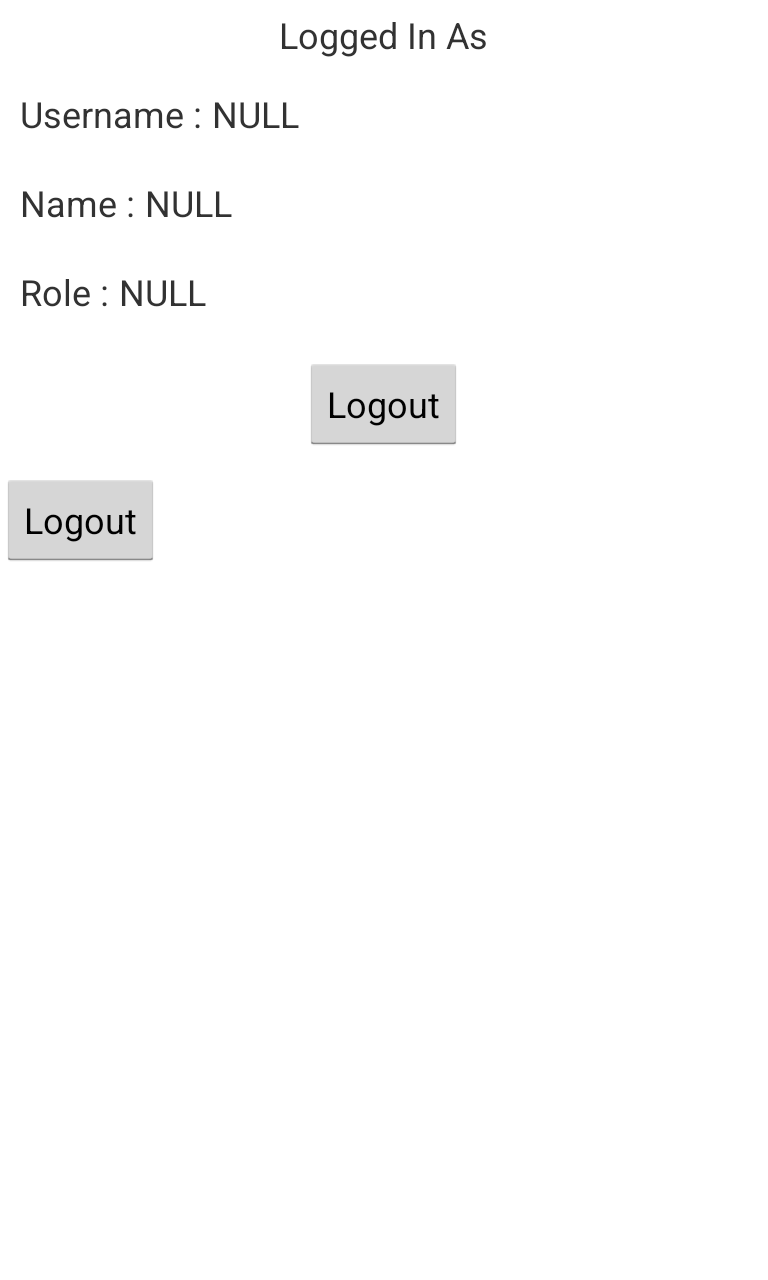
Repository: LennoxAlexion/UID
Layout: Android App/Uid-Project/res/layout/activity_sec_page.xml
The author's editor kept a copy of each file at every save. The layout is drawn from the files as they stood at one save, then again after the next save.
It is drawn on a 768 x 1280 px phone screen (xhdpi) without system bars, with theme AppTheme; the app's code is not run.

Above is the layout before, as saved 2015-03-29 06:18:02.

After the next save:
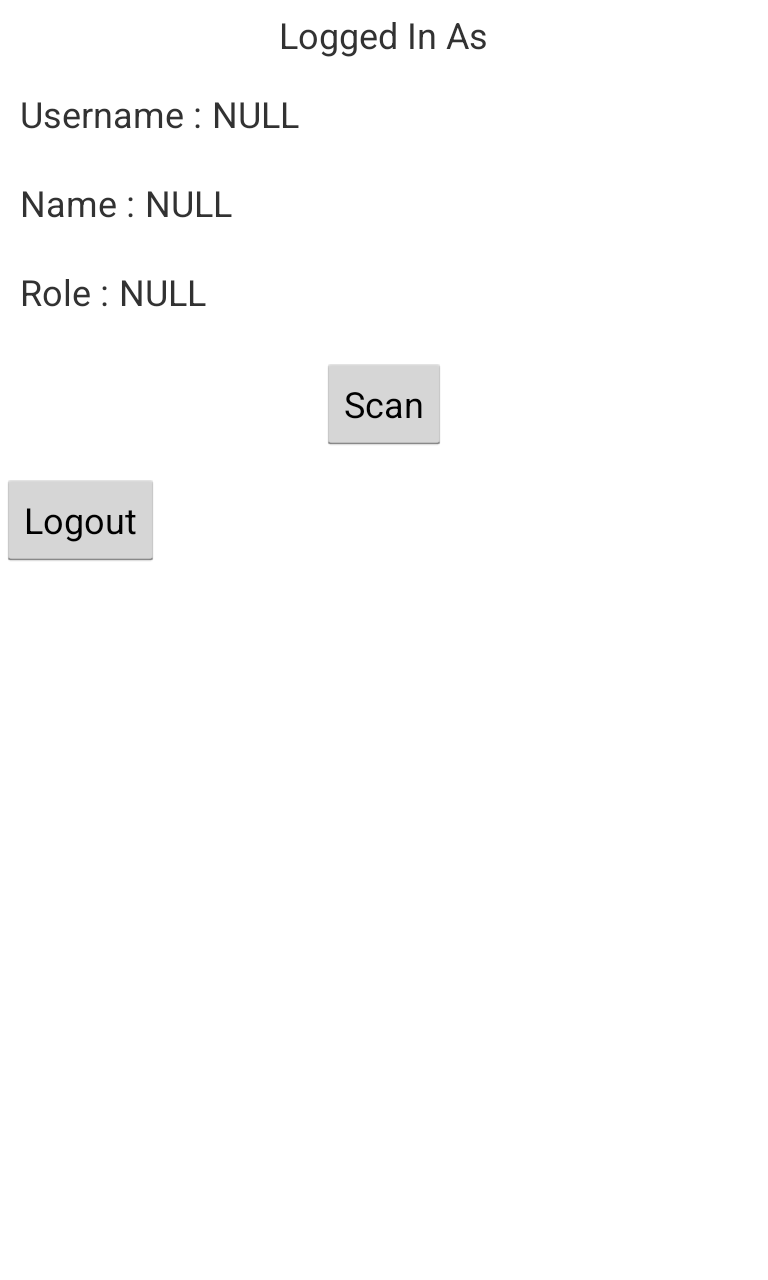
Saved 14 s later.
--- a/Android App/Uid-Project/res/layout/activity_sec_page.xml
+++ b/Android App/Uid-Project/res/layout/activity_sec_page.xml
@@ -91,7 +91,7 @@
         android:id="@+id/Button_Sec_Page_Scan"
         android:layout_width="wrap_content"
         android:layout_height="wrap_content"
-        android:text="Logout" />
+        android:text="Scan" />
     </LinearLayout>
     <Button
         android:id="@+id/Button_Logout"
